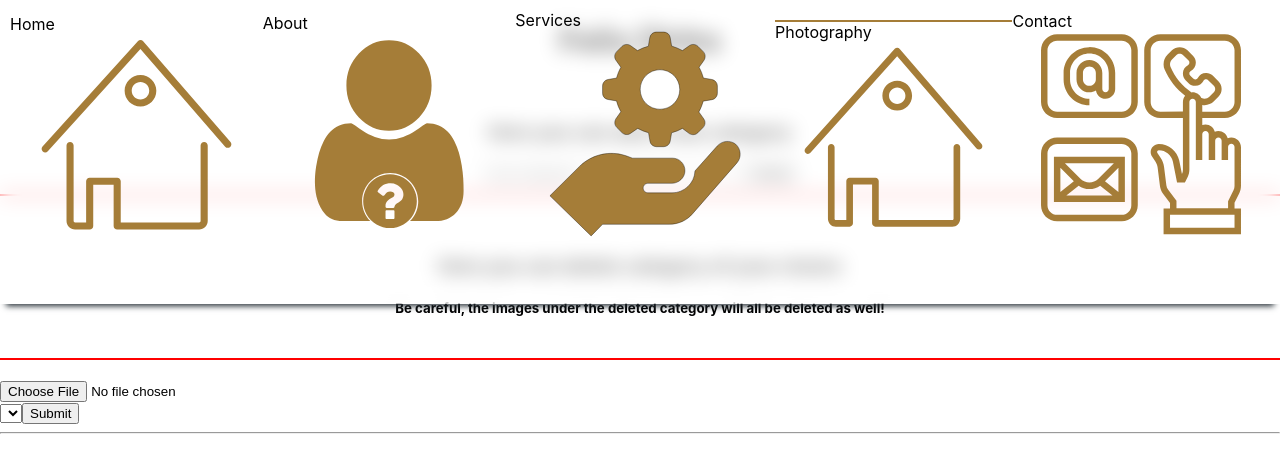
Repository: muhanad-musawi/backend-projekt-frondend
Page: /Photography (app in pohtographer/)
The author's editor kept a copy of each file at every save. The page is drawn from the files as they stood at one save, then again after the next save.
The browser window is 1280 px wide. The pictures show the whole page.
The page's requests for data from a server got no answer. The project was rebuilt for these pictures with package versions that can differ from the ones it lists, and the page was loaded fresh each time. The framework's server and built-in components were replaced by stand-ins that run in the browser. No one was signed in, and anything a server would have sent is missing. Also part of the build but not shown: pohtographer/next.config.js, pohtographer/styles/Footer.module.css.

Above is the page before, as saved 2022-03-24 09:54:07.

After the next save:
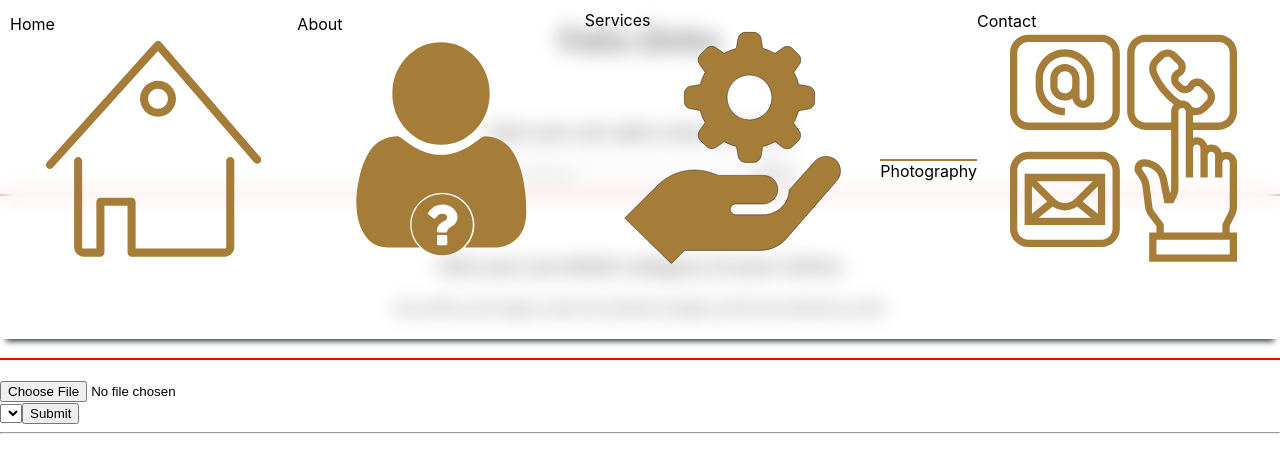
Saved 6 s later.
--- a/pohtographer/components/Header.jsx
+++ b/pohtographer/components/Header.jsx
@@ -54,7 +54,7 @@ function Header() {
         <Link href="/Photography">
           <a className={router.pathname == "/Photography" ? styles.active  : ""}>
           <span className={styles.desktopVersion}>Photography</span>
-        <span className='mobileVersion'className={styles.desktopVersion}>
+        <span className='mobileVersion'className={styles.mobileVersion}>
 
         <Image src={home} alt="home" />
 
